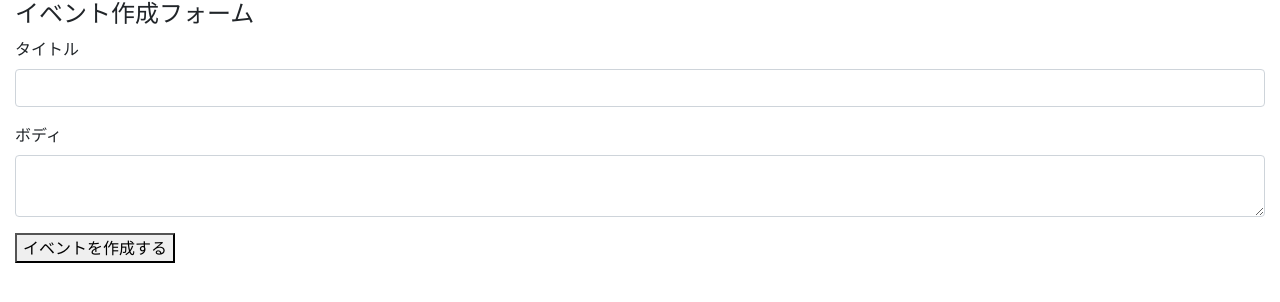
Repository: sie-fufu/react-hooks-101
Page: /
These files come from the project's save history. The page is drawn as it stood at one moment and after the next save; the edit follows.
The browser window is 1280 px wide. The pictures show the whole page.
The project was rebuilt for these pictures with package versions that can differ from the ones it lists, and the page was loaded fresh each time.

Above is the page before, as saved 2022-01-09 16:46:25.

### src/components/App.js
import React from "react";

import "bootstrap/dist/css/bootstrap.min.css";

const App = () => {
  return (
    <div className="container-fluid">
      <h4>イベント作成フォーム</h4>
      <form>
        <div className="form-group">
          <label htmlFor="formEventTitle">タイトル</label>
          <input className="form-control" id="formEventTitle" />
        </div>

        <div className="form-group">
          <label htmlFor="formEventBody">ボディ</label>
          <textarea className="form-control" id="formEventBody" />
        </div>

        <button>イベントを作成する</button>
      </form>
    </div>
  );
};

export default App;

Loaded but not shown: public/index.html (common file); src/index.js (common file)

After the next save:
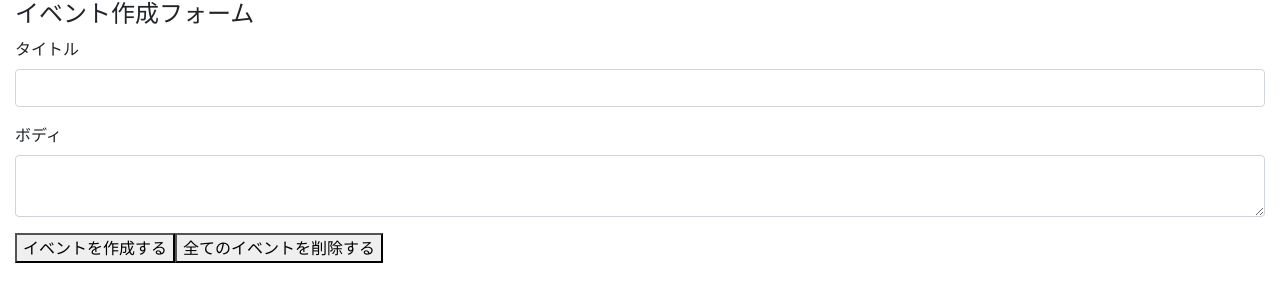
Saved 40 s later.
--- a/src/components/App.js
+++ b/src/components/App.js
@@ -18,6 +18,7 @@ const App = () => {
         </div>
 
         <button>イベントを作成する</button>
+        <button>全てのイベントを削除する</button>
       </form>
     </div>
   );
